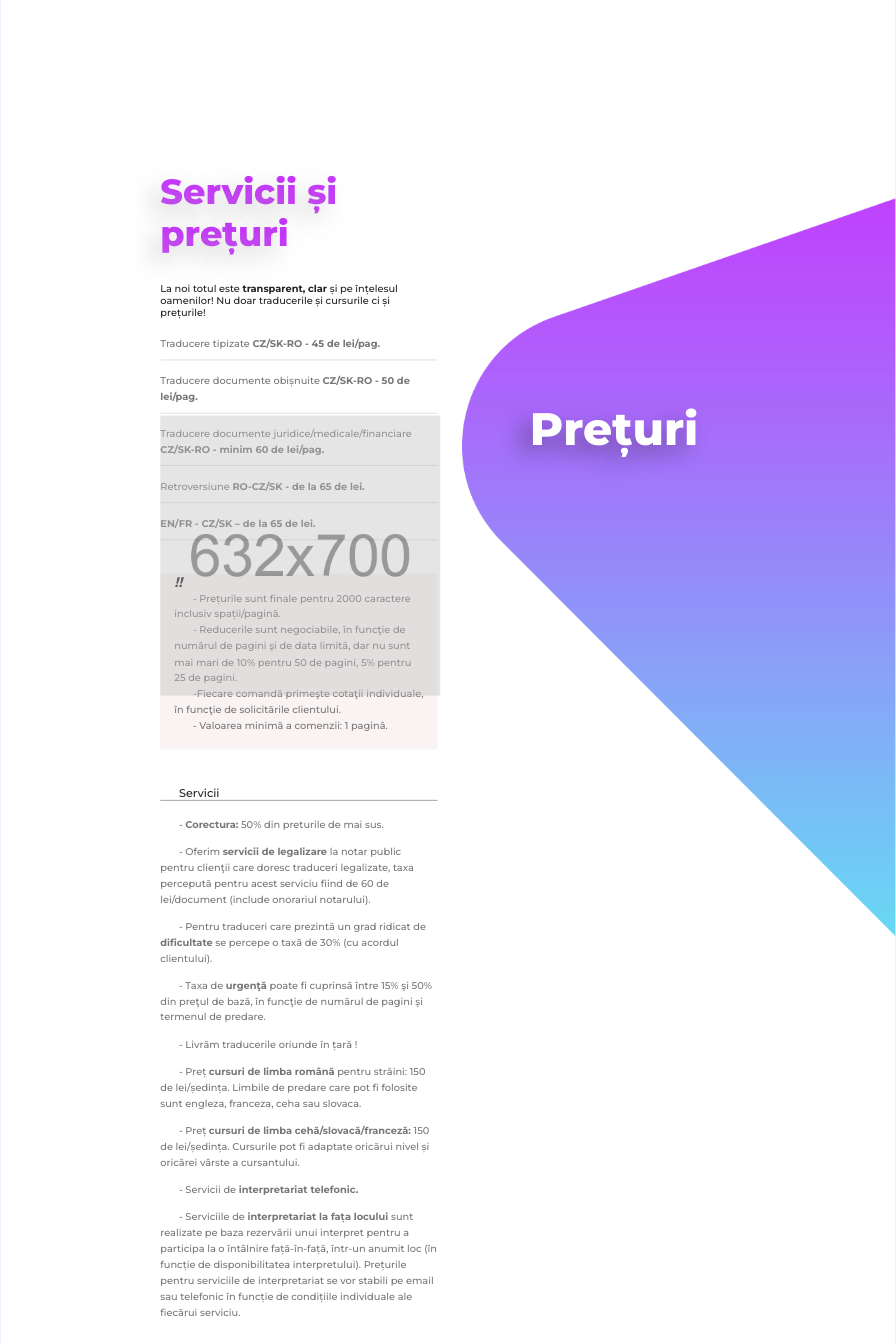
Repository: roscaImarius/site_traduceri
Page: index.html
These files come from the project's save history. The page is drawn as it stood at one moment and after the next save; the edit follows.
The browser window is 1280 px wide. The pictures show the part of the page from y = 3184 to 5104 px (the page is 6450 px tall), at 70% of full size.

Above is the page before, as saved 2022-03-22 03:16:14.

### index.html
<!DOCTYPE html>
<html lang="en" class="no-js">
  <head>
    <meta
      name="viewport"
      content="width=device-width, initial-scale=1, shrink-to-fit=no"
    />
    <meta name="author" content="CodePixar" />
    <meta name="description" content="" />
    <meta name="keywords" content="" />
    <meta charset="UTF-8" />

    <title>Traduceri</title>
     <link rel="shortcut icon" href="img/favicon.png">
    <link
      href="https://fonts.googleapis.com/css?family=Montserrat:500,600,700,800,900"
      rel="stylesheet"
    />
    <link
      href="https://fonts.googleapis.com/css?family=Open+Sans:400,600"
      rel="stylesheet"
    />
    <!-- ===========================================
		CSS Files
    ============================================= -->
    <link rel="stylesheet" href="css/font-awesome.min.css" />
    <link rel="stylesheet" href="css/bootstrap.css" />
    <link rel="stylesheet" href="css/main.css" />
  </head>

  <body class="version5" id="top">
    <div class="se-pre-con"></div>

    <!--================ Start Banner Area =================-->
    <section class="home-area" id="home">
      <div class="banner-area relative">
        <div class="container-fluid">
          <div class="row justify-content-center height align-items-center">
            <div class="col-lg-5 col-md-6 col-sm-12">
              <div class="banner-img">
                <img class="img-fluid" src="img/logo.svg" alt="" />
              </div>
            </div>
            <div class="col-lg-5 col-md-6 col-sm-12">
              <div class="banner-content text-right">
                <!-- <h4 class="mb-30 hello text-uppercase text-white">
                  Salut, noi suntem
                </h4> -->
                <h1 class="name">Catrina Traduceri</h1>
                <p class="mt-5 h6 pHome dark">
                  Ne numărăm printre foarte puținii traducători autorizați de
                  Ministerul Justiției din România pentru traduceri din limbile
                  slave, de nisă: cehă, slovacă și ucraineană.
                </p>
              </div>
            </div>
          </div>
        </div>
      </div>
    </section>
    <!--================Header Menu Area =================-->
    <header class="header_area" id="header5">
      <div class="main_menu">
        <nav class="navbar navbar-expand-lg">
          <div class="container-fluid">
            <!-- Brand and toggle get grouped for better mobile display -->
            <a class="navbar-brand logo_h" href="index.html"
              ><img class="logoo" src="img/logo.png" alt=""
            /></a>
            <button
              class="navbar-toggler"
              type="button"
              data-toggle="collapse"
              data-target="#navbarSupportedContent"
              aria-controls="navbarSupportedContent"
              aria-expanded="false"
              aria-label="Toggle navigation"
            >
              <i class="fas fa-bars"></i>
            </button>
            <!-- Collect the nav links, forms, and other content for toggling -->
            <div
              class="collapse navbar-collapse offset"
              id="navbarSupportedContent"
            >
              <ul class="nav navbar-nav menu_nav ml-auto nav5">
                <li class="nav-item active5">
                  <a class="nav-link" href="#home" >Acasă</a>
                </li>
                <li class="nav-item">
                  <a class="nav-link" href="#about" >Despre</a>
                </li>
                <li class="nav-item">
                  <a class="nav-link" href="#educatie"  >Referințe</a>
                </li>
                <li class="nav-item">
                  <a class="nav-link" href="#portfolio" >Prețuri</a>
                </li>
                <li class="nav-item" >
                  <a class="nav-link" href="#contact" >Contact</a>
                </li>
              </ul>

              <!-- SOCIAL MEDIA -->
              <ul class="nav navbar-nav social-icons">
                <li class="nav-item">
                  <a href="https://www.facebook.com/catrina.traduceri">
                    <i class="fab fa-facebook-f"></i>
                  </a>
                </li>
                <li class="nav-item">
                  <a
                    href="https://www.linkedin.com/in/ionut-catrina-405244178/"
                  >
                    <i class="fab fa-linkedin"></i>
                  </a>
                </li>

              </ul>
            </div>
          </div>
        </nav>
      </div>
    </header>

    <!--================ Start About Area =================-->
    <section class="about-area section-gap-top-5 relative" id="about">
      <div class="container-fluid">
        <div class="row row-reverse">
             <div class="megafon"></div>
          <div class="offset-lg-2 col-lg-4 col-md-12">
            <h2 class="heading mb-40">Lucrați cu profesioniști!</h2>
            <p>
              Întreprindere de familie cu capital 100% românesc si cu o
              experiență de peste
              <span style="font-weight: bold">13 ani</span> în domeniul
              traducerilor, activăm cu pasiune, profesionalism și
              responsabilitate și vă oferim traduceri
              <span style="font-weight: bold"> autorizate și legalizate</span>
              în principal din limbi
              <span style="font-weight: bold">slave</span>: cehă, slovacă și
              ucraineană, dar și din cele mai importante limbi de circulație
              internațională: engleza și franceza. <br />
            </p>
            <p>
              Suntem absolvenți ai uneia dintre cele mai bune facultăți a
              Universității din București,<span style="font-weight: bold">
                Facultatea de Limbi și Literaturi străine</span
              >, filologi specializați în domeniul traducerilor ca urmare a
              absolvirii Masteratului de Studii Culturale Slave și Traductologie
              și a numeroase burse de specializare în țările din a căror limbă
              traducem. <br/>
            </p>
              <p>
               Avem o colaborare de lungă durată, bazată pe
               <span style="font-weight: bold">
                profesionalism și seriozitate</span>, cu Birouri Notariale, Instanțe judecătorești, organe de
              urmărire penală, avocați.
              </p>
              <p>

                   Nu ezitați să ne contactați pentru o
                 cotație de preț pentru traduceri autorizate și legalizate din
                 aceste limbi. Lucrând în familie și între prieteni, vă putem
                 garanta prețuri corecte, care ajung într-o proporție echitabilă la
                 traducătorul care le realizează și care are cea mai importantă
                 contribuție la documentul final.
              </p>

            <p>
              Oferim și: <br />
              <span style="font-weight: bold">-cursuri de limbă română</span>
              pentru străini, <br />
              <span style="font-weight: bold"
                >-cursuri de limbă cehă sau limba slovacă</span
              >
              pentru orice nivel de limbă. <br />
            </p>
            <p>
              Ne putem adapta nevoilor Dvs. și vă putem ajuta cu
              <span style="font-weight: bold">training-uri</span> de limbă cehă
              sau slovacă pentru anumite domenii sau specializări.
            </p>
          </div>

          <div class="col-lg-6 p-0 col-md-12">
            <div class="right-side">
              <h2 class="text-white right-heading">Despre</h2>
            </div>
          </div>
        </div>
      </div>
    </section>

    <!--================ Start Experience Area =================-->
    <section class="experience-area relative" id="educatie">
      <div class="container-fluid">
        <div class="row">
          <div class="col-lg-6 p-0 col-md-12">
            <div class="left-side">
              <h2 class="text-white indented cv left-heading">Referințe</h2>
            </div>
          </div>

          <div class="xpDiv col-lg-4 md-mr col-md-12">
            <h2 class="heading mb-80">Clienții noștri</h2>
            <div class="resume-content">
                 <div class="referinteDrawing"></div>
              <div class="work-exp mb-50">
                  <p>Avem o colaborare de lungă durată, bazată pe
                     profesionalism cu:
                  </p>
                  <p> - Birouri Notariale     </p>
                  <p>- Tribunale</p>
                  <p> - Poliția Română</p>
                  <p>- Numeroase birouri de traduceri și firme din toată țara.</p>

                  <!-- În urma absolvirii unui curs specializat, am obținut
                  calificarea de trainer de limba română pentru străini.
                  Experiență în domeniul Proiectelor finanțate din fonduri
                  europene (POSDRU). In perioada 1.7.2010 - 1.11.2013 am ocupat
                  pozitia de Responsabil vizite de studiu – schimb de experiență
                  în cadrul unor proiecte transnaționale (între România și
                  Republica Cehă). -->

              </div>
            </div>
          </div>
        </div>
      </div>
    </section>

    <!--================ Start PRICE Area =================-->
    <section class="price-area section-gap-top-5 relative" id="portfolio">
      <div class="container-fluid">
        <div class="row row-reverse">
          <div class="divFaraPret offset-lg-2 col-lg-4 col-md-12">
               <div class="pretDrawing"></div>
            <h2 class="heading mb-40">Servicii și prețuri</h2>
            <h6 class="mb-4">
              La noi totul este  <span style="font-weight: bold">transparent, clar</span> și pe înțelesul oamenilor! Nu
              doar traducerile și cursurile ci și prețurile!
            </h6>
            <div class="boxPreturi">
              <p>
                Traducere tipizate
                <span style="font-weight: bold">CZ/SK-RO - 45 de lei/pag.</span>
              </p>
              <p>
                Traducere documente obișnuite
                <span style="font-weight: bold">CZ/SK-RO - 50 de lei/pag.</span>
              </p>
              <p>
                Traducere documente juridice/medicale/financiare
                <span style="font-weight: bold">CZ/SK-RO - minim 60 de lei/pag.</span>
              </p>
              <p>
                Retroversiune <span style="font-weight: bold"
                  >RO-CZ/SK - de la 65 de lei.</span
                >
              </p>
              <p><span style="font-weight: bold"
                  >EN/FR - CZ/SK – de la 65 de lei.</span</p>
            </div>
            <div class="preturiInfo">
                 <div class="borderPret">

                      <i><h4 class="mt-5"><b>!!</b></h4></i>
                      <ul style='text-indent: 20pt'>
                         <li>-   Prețurile sunt finale pentru 2000 caractere inclusiv spații/pagină.</li>
                         <li>-  <span> Reducerile</span> sunt negociabile, în funcţie de numărul de pagini şi de data limită, dar nu sunt mai mari de 10% pentru 50 de pagini, 5% pentru 25 de pagini.</li>
                         <li>-Fiecare comandă primeşte cotaţii individuale, în funcţie de solicitările clientului.</li>
                         <li>-  Valoarea minimă a comenzii: 1 pagină.</li>
                      <ul/><br>
                 </div>

                 <div class="servicii">
                         <br/>
                         <div class="serviciih5">

                              <h5 >Servicii</h5>
                         </div>
                         <br>
                         <p>- <span style="font-weight: bold">Corectura:</span>  50% din preturile de mai sus.</p>
                         <p class="">- Oferim <span style="font-weight: bold">servicii de legalizare</span>  la notar public pentru clienţii
                              care doresc traduceri legalizate, taxa percepută pentru acest serviciu fiind de 60 de
                              lei/document (include onorariul notarului).
                         </p>
                         <p>- Pentru traduceri care prezintă un grad ridicat de  <span style="font-weight: bold">dificultate</span>  se percepe
                              o taxă de 30% (cu acordul clientului). </p>
                              <p>- Taxa de <span style="font-weight: bold">urgenţă</span> poate fi cuprinsă între 15% şi 50% din preţul
                              de bază, în funcţie de numărul de pagini şi termenul de predare.
                              </p>
                      <p>

                         - Livrăm traducerile oriunde în țară !
                        </p>
                       <p>- Preț <span style="font-weight: bold">cursuri de limba română</span>  pentru străini: 150 de lei/ședința.
                         Limbile de predare care pot fi folosite sunt engleza, franceza, ceha sau slovaca.
                      </p>
                      <p>- Preț <span style="font-weight: bold">cursuri de limba cehă/slovacă/franceză:</span> 150 de lei/ședința.
                              Cursurile pot fi adaptate oricărui nivel și oricărei vârste a cursantului.
                      </p>
                              <p> - Servicii de <span style="font-weight: bold">interpretariat telefonic.</span>
                              </p>
                         <p> - Serviciile de <span style="font-weight: bold">interpretariat la fața locului </span> sunt realizate pe baza
                                   rezervării unui interpret pentru a participa la o întâlnire față-în-față,
                                   într-un anumit loc (în funcție de disponibilitatea interpretului).
                              Prețurile pentru serviciile de interpretariat se vor stabili pe email sau telefonic
                                   în funcție de condițiile individuale ale fiecărui serviciu.
                         </p>
                         </p>
                 </div>

            </div>
          </div>

          <div class="divPreturi col-lg-6 p-0 col-md-12">
            <div class="right-side">
              <h2 class="text-white right-heading">Prețuri</h2>
            </div>
          </div>
        </div>
      </div>
    </section>

    <!--================ Start CONTACT Area =================-->
    <section class="client-area relative" id="contact">
      <div class="container-fluid">
        <div class="row">
          <div class="col-lg-6 p-0 col-md-12">
            <div class="left-side">
              <h2 class="text-white left-heading">Contact</h2>
            </div>
          </div>

          <div class="contactDiv offset-lg-2 col-lg-4 col-md-12">





                         <div class="form-area text-left">
              <h5><i>Telefon:</i></h5>
              <p>+40 726 471 135 <br /></p>
            </div>

            <div class="form-area text-left">
              <h5><i>E-mail:</i></h5>
              <p>

                   <a href="mailto:catrina.traduceri@yahoo.com">catrina.traduceri@yahoo.com</a>
              </p>
            </div>

            <div class="form-area adresa text-left">
              <h5><i>Adresă punct de lucru:</i></h5>
              <p>
              Str. Ștefan Protopopescu nr. 2, Bl. 24, Sc. A, Ap. 7, sector 1, Bucuresti.
              </p>

              <br>
              <br>

              <h5><i>Program:</i></h5><br>
              <p>L-V 08:00 - 21:00 </p>
              <p>S – 10:00 – 13:00</p>
              <p>D - Închis</p>
            </div>





          </div>






        </div>
      </div>
    </section>

    <!--= Start Scroll to Top Area ########## -->
    <div id="back-top">
      <a title="Go to Top" href="#">
        <i class="fas fa-angle-up"></i>
      </a>
    </div>

    <script src="js/vendor/jquery-2.2.4.min.js"></script>
    <script src="js/popper.min.js"></script>
    <script src="js/vendor/bootstrap.min.js"></script>
    <!-- <script src="js/vendor/mail-script.js"></script> -->
    <script src="js/jquery.ajaxchimp.min.js"></script>
    <script src="js/counter-up.js"></script>
    <script src="js/isotope.pkgd.min.js"></script>
    <script src="js/waypoints.min.js"></script>
    <script src="js/main.js"></script>
  </body>
</html>

Loaded but not shown: css/font-awesome.min.css (library); css/bootstrap.css (library); js/vendor/jquery-2.2.4.min.js (library); js/popper.min.js (library); js/vendor/bootstrap.min.js (library); js/jquery.ajaxchimp.min.js (library); js/isotope.pkgd.min.js (library); js/waypoints.min.js (library); js/main.js (92 lines, source omitted); js/counter-up.js (8 lines, source omitted); css/main.css (1616 lines, source omitted)

After the next save:
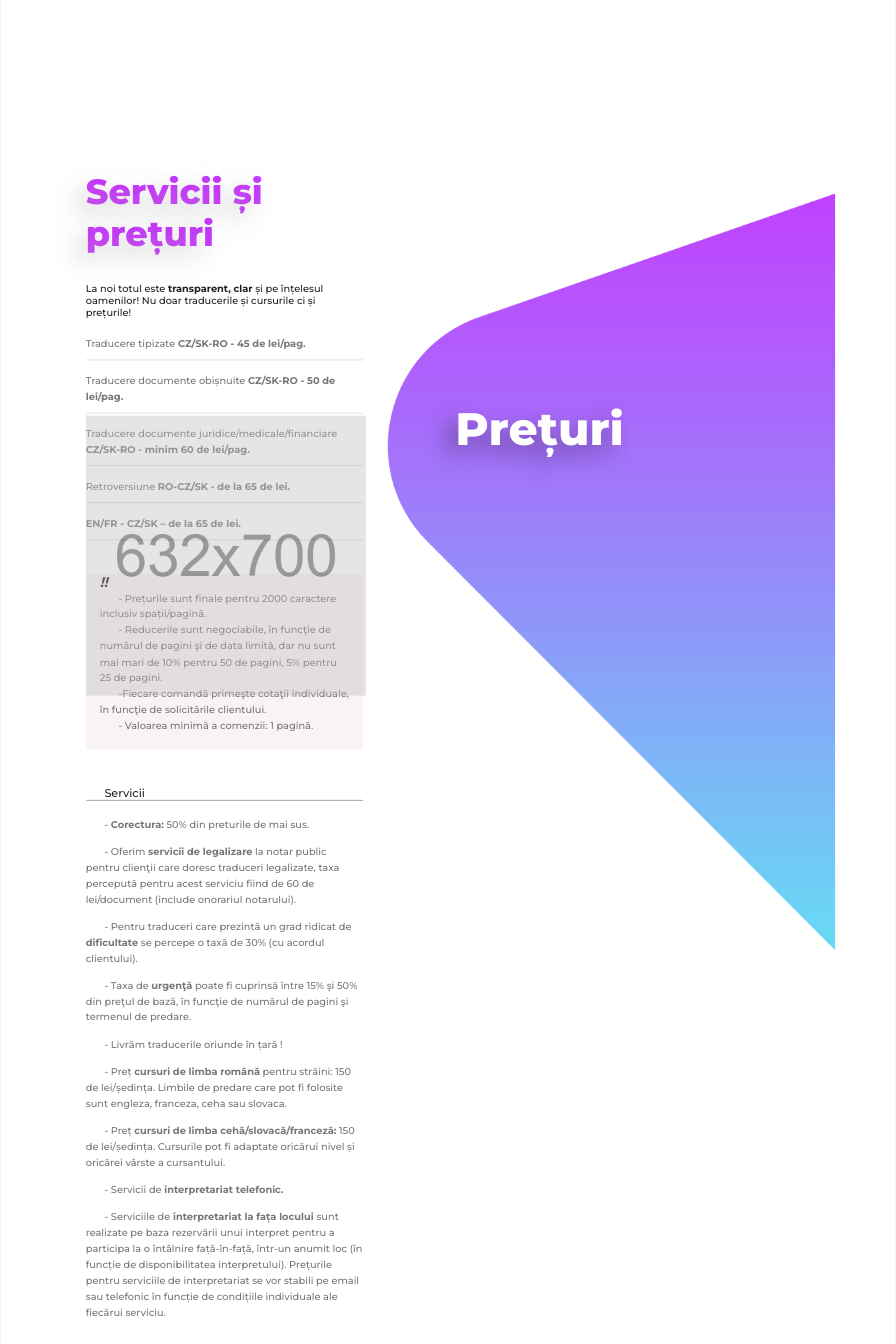
Saved 14 min 32 s later.
--- a/index.html
+++ b/index.html
@@ -234,7 +234,7 @@
     <section class="price-area section-gap-top-5 relative" id="portfolio">
       <div class="container-fluid">
         <div class="row row-reverse">
-          <div class="divFaraPret offset-lg-2 col-lg-4 col-md-12">
+          <div class="divFaraPret offset-lg-1 col-lg-4 col-md-12">
                <div class="pretDrawing"></div>
             <h2 class="heading mb-40">Servicii și prețuri</h2>
             <h6 class="mb-4">
